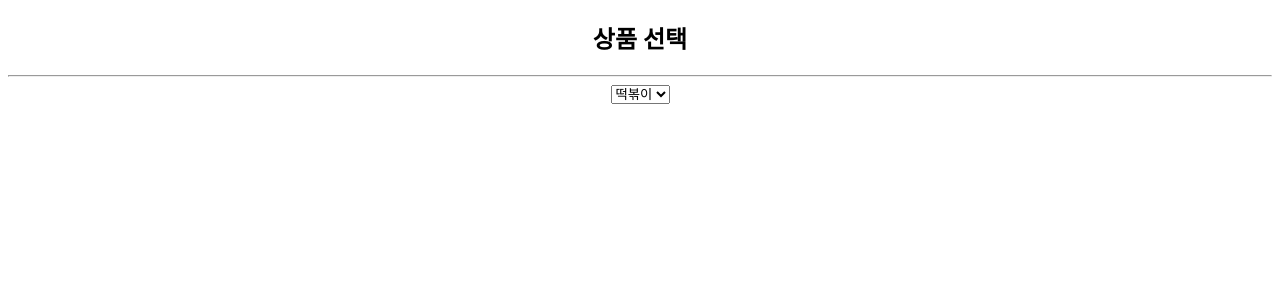
Repository: nijooymik/smartfactory
Page: http://localhost/t0720/selProduct.jsp
The author's editor kept a copy of each file at every save. The page is drawn from the files as they stood at one save, then again after the next save.
The browser window is 1280 px wide. The pictures show the whole page.
The page is served by Tomcat 9.

Above is the page before, as saved 2022-07-20 07:15:34.

After the next save:
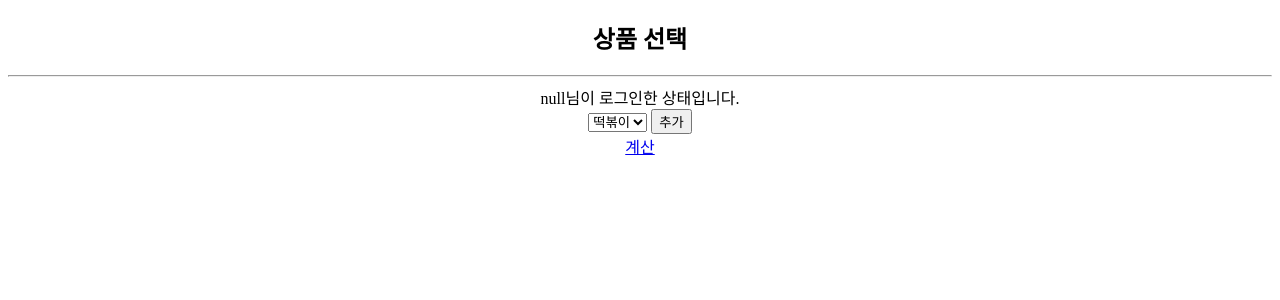
Saved 2 min 1 s later.
--- a/jsp/t0720/src/main/webapp/selProduct.jsp
+++ b/jsp/t0720/src/main/webapp/selProduct.jsp
@@ -14,6 +14,7 @@
 	<center>
 		<h2>상품 선택</h2>
 		<hr>
+		<%=session.getAttribute("username")%>님이 로그인한 상태입니다.<br>
 		<form name=fr method="post" action="add.jsp">
 			<select name="product">
 				<option>떡볶이</option>
@@ -21,8 +22,9 @@
 				<option>치킨</option>
 				<option>피자</option>
 				<option>햄버거</option>
-			</select>
+			</select> <input type="submit" value="추가">
 		</form>
+		<a href="checkOut.jsp">계산</a>
 	</center>
 </body>
 </html>
